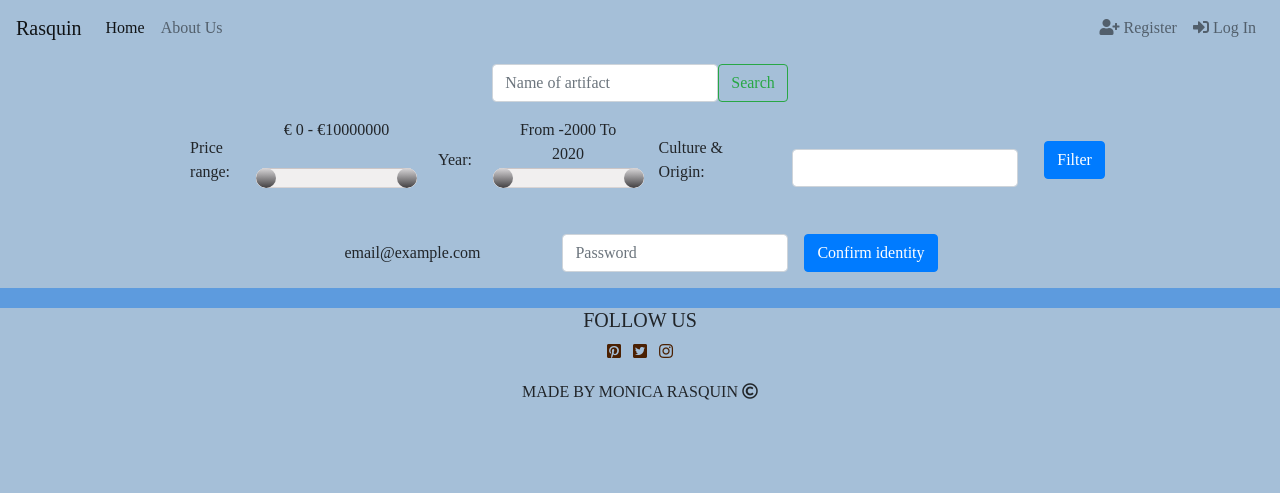
Repository: Rasquin/auction
Page: templates/base.html
The author's editor kept a record of every edit. The page is drawn from the files as they stood at one moment, then again after the next edit.
The browser window is 1280 px wide. The pictures show the whole page.
The template is drawn by Django 2.2. The application's start-up code is not run. The template is opened directly, without the code that normally fills it, so the values that code supplies are empty.

Above is the page before.

After the next edit:
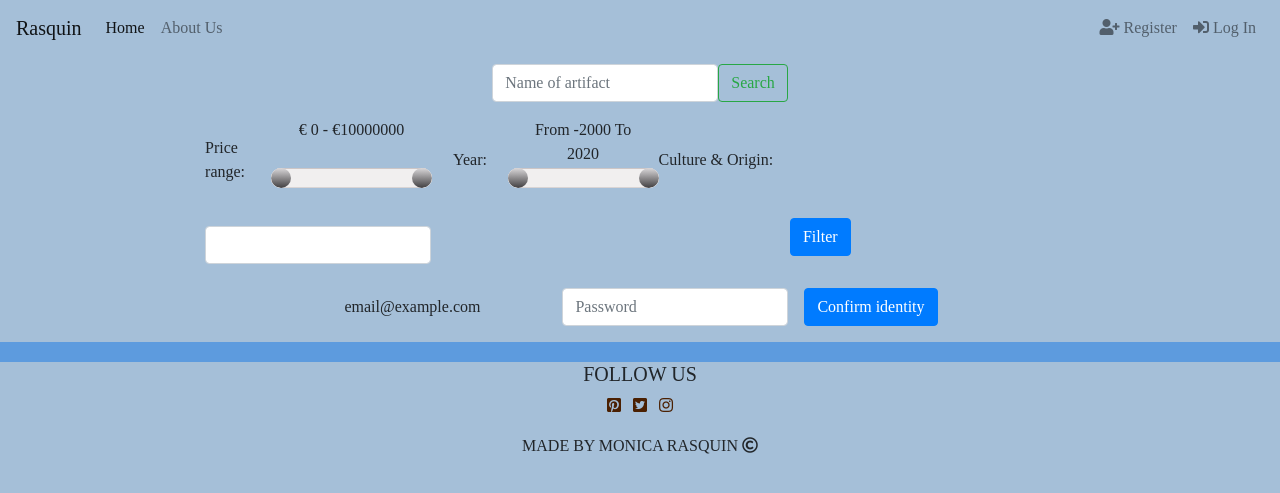
The edit:
--- a/templates/base.html
+++ b/templates/base.html
@@ -119,7 +119,7 @@
             </div>
             <!-- Origin Filter -->
             <div class="form-group" >
-                <div class="col-12 col-md-4">
+
                     <p><label for="origin">Culture & Origin:</label></p>
                 </div>
                 <div class="col-12 col-md-8">
